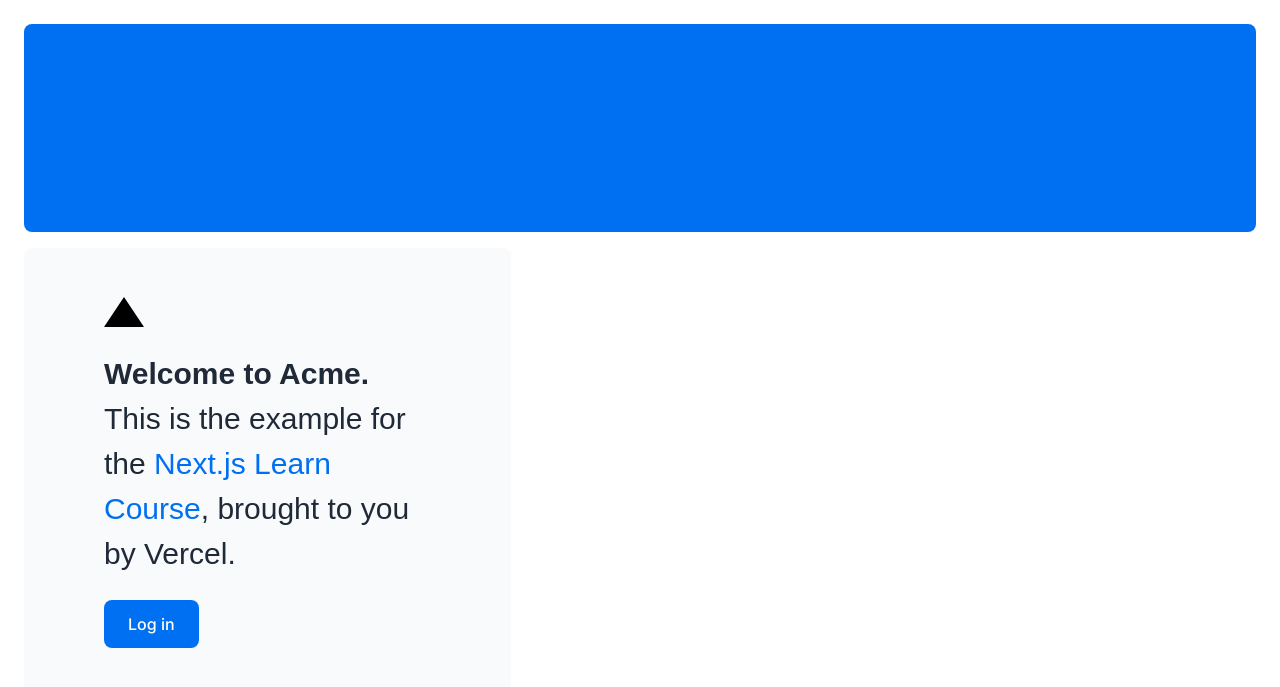
Repository: limaneto/invoices
Page: /
These files come from the project's save history. The page is drawn as it stood at one moment and after the next save; the edit follows.
The browser window is 1280 px wide. The pictures show the whole page.
Some web fonts or font styles are not loaded; a fallback is used. The project was rebuilt for these pictures with package versions that can differ from the ones it lists, and the page was loaded fresh each time. The framework's server and built-in components were replaced by stand-ins that run in the browser. Also part of the build but not shown: next.config.js.

Above is the page before, as saved 2023-11-02 15:00:23.

After the next save:
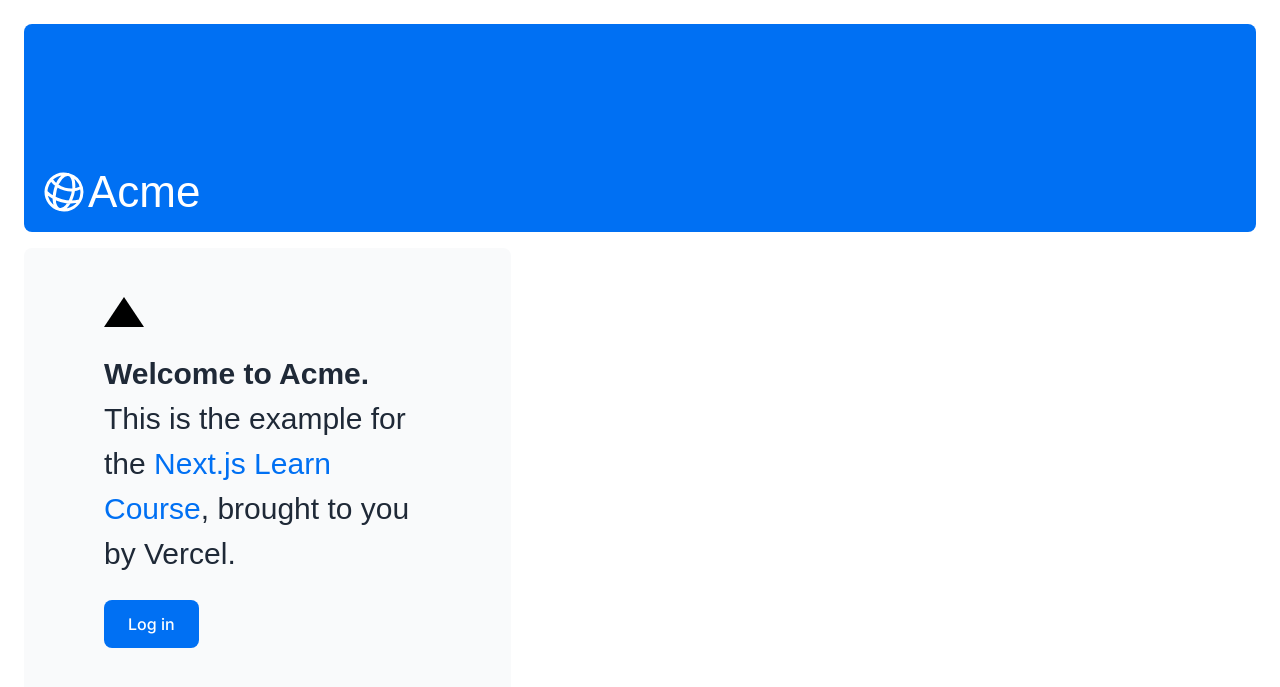
Saved 5 min 38 s later.
--- a/app/page.tsx
+++ b/app/page.tsx
@@ -1,3 +1,4 @@
+import AcmeLogo from '@/app/ui/acme-logo';
 import { lusitana } from './ui/fonts';
 
 import Link from 'next/link';
@@ -5,7 +6,7 @@
   return (
     <main className="flex min-h-screen flex-col p-6">
       <div className="flex h-20 shrink-0 items-end rounded-lg bg-blue-500 p-4 md:h-52">
-        {/* <AcmeLogo /> */}
+        <AcmeLogo />
       </div>
       <div className="mt-4 flex grow flex-col gap-4 md:flex-row">
         <div className="flex flex-col justify-center gap-6 rounded-lg bg-gray-50 px-6 py-10 md:w-2/5 md:px-20">
